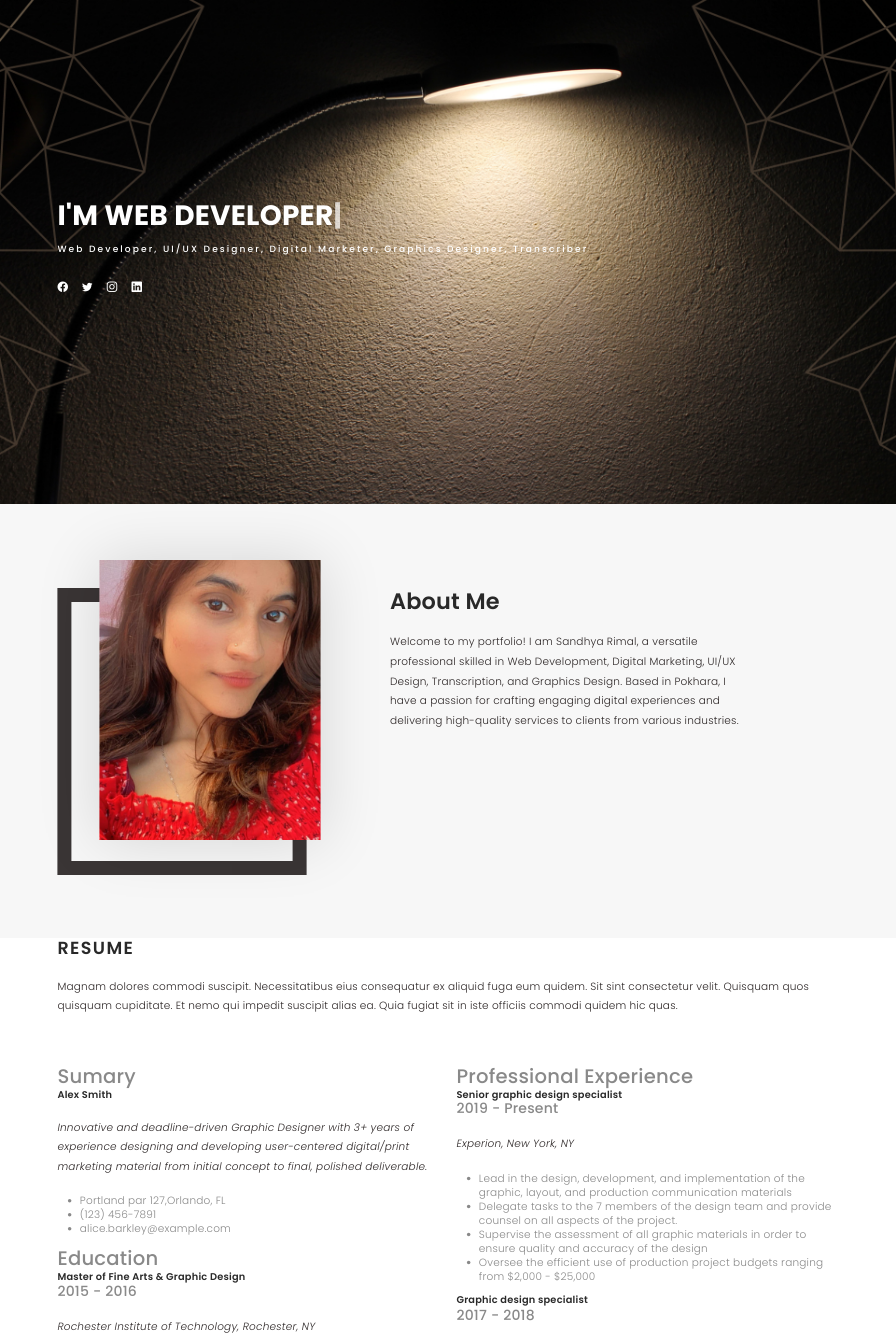
Repository: sandhya8109/portfolio
Page: index.html
The author's editor kept a copy of each file at every save. The page is drawn from the files as they stood at one save, then again after the next save.
The browser window is 1280 px wide. The pictures show the part of the page from y = 0 to 1920 px (the page is 5248 px tall before and 4703 px after), at 70% of full size.
Some web fonts or font styles are not loaded; a fallback is used.

Above is the page before, as saved 2023-11-20 19:36:36.

After the next save:
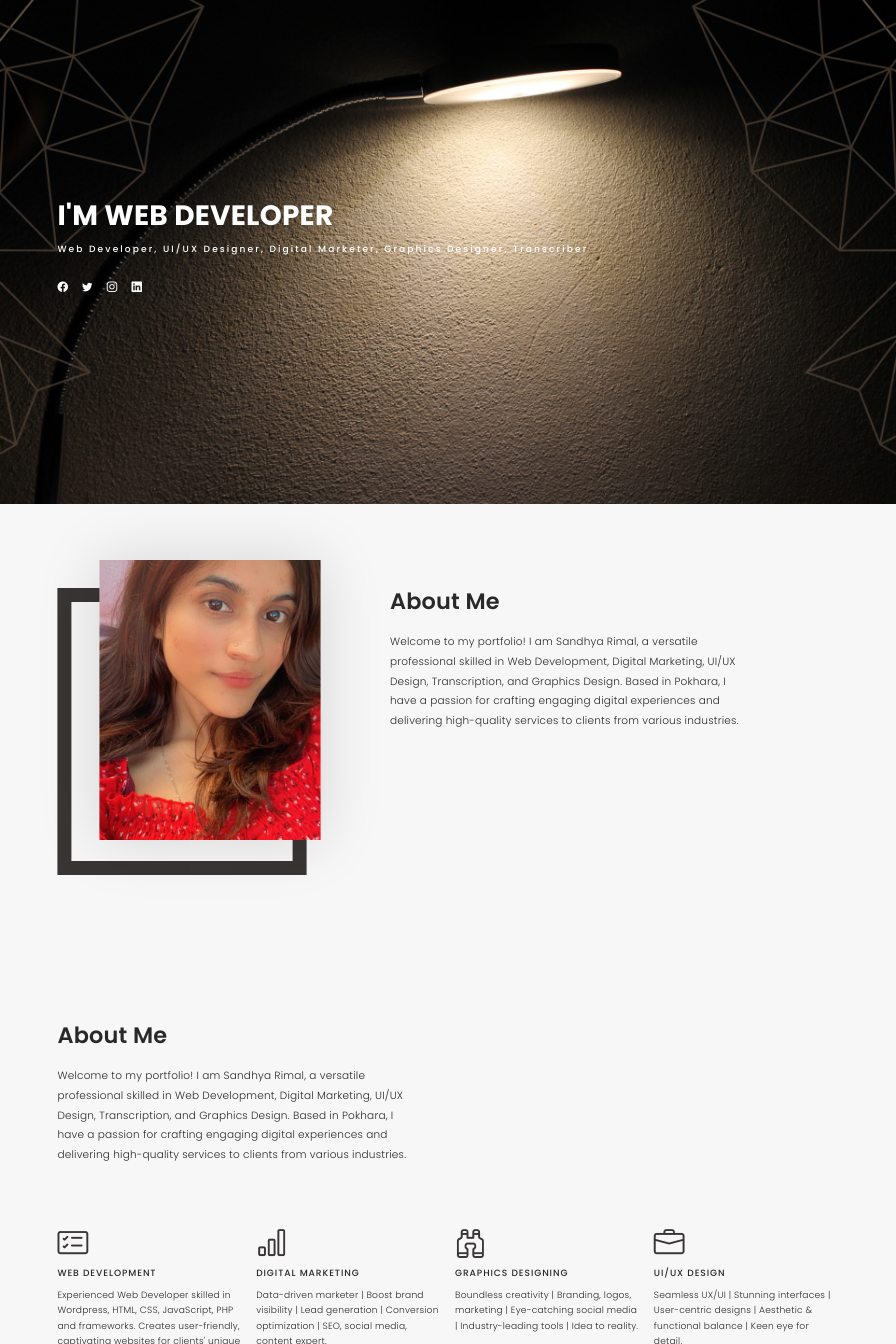
Saved 2 min 29 s later.
--- a/index.html
+++ b/index.html
@@ -114,70 +114,25 @@
         </div>
       </div>
     </div><!-- End About Section -->
-    <section id="resume" class="resume">
-      <div class="container">
-
-        <div class="section-title">
-          <h2>Resume</h2>
-          <p>Magnam dolores commodi suscipit. Necessitatibus eius consequatur ex aliquid fuga eum quidem. Sit sint consectetur velit. Quisquam quos quisquam cupiditate. Et nemo qui impedit suscipit alias ea. Quia fugiat sit in iste officiis commodi quidem hic quas.</p>
-        </div>
-
-        <div class="row">
-          <div class="col-lg-6 aos-init aos-animate" data-aos="fade-up">
-            <h3 class="resume-title">Sumary</h3>
-            <div class="resume-item pb-0">
-              <h4>Alex Smith</h4>
-              <p><em>Innovative and deadline-driven Graphic Designer with 3+ years of experience designing and developing user-centered digital/print marketing material from initial concept to final, polished deliverable.</em></p>
-              <ul>
-                <li>Portland par 127,Orlando, FL</li>
-                <li>(123) 456-7891</li>
-                <li>alice.barkley@example.com</li>
-              </ul>
-            </div>
-
-            <h3 class="resume-title">Education</h3>
-            <div class="resume-item">
-              <h4>Master of Fine Arts &amp; Graphic Design</h4>
-              <h5>2015 - 2016</h5>
-              <p><em>Rochester Institute of Technology, Rochester, NY</em></p>
-              <p>Qui deserunt veniam. Et sed aliquam labore tempore sed quisquam iusto autem sit. Ea vero voluptatum qui ut dignissimos deleniti nerada porti sand markend</p>
-            </div>
-            <div class="resume-item">
-              <h4>Bachelor of Fine Arts &amp; Graphic Design</h4>
-              <h5>2010 - 2014</h5>
-              <p><em>Rochester Institute of Technology, Rochester, NY</em></p>
-              <p>Quia nobis sequi est occaecati aut. Repudiandae et iusto quae reiciendis et quis Eius vel ratione eius unde vitae rerum voluptates asperiores voluptatem Earum molestiae consequatur neque etlon sader mart dila</p>
-            </div>
-          </div>
-          <div class="col-lg-6 aos-init aos-animate" data-aos="fade-up" data-aos-delay="100">
-            <h3 class="resume-title">Professional Experience</h3>
-            <div class="resume-item">
-              <h4>Senior graphic design specialist</h4>
-              <h5>2019 - Present</h5>
-              <p><em>Experion, New York, NY </em></p>
-              <ul>
-                <li>Lead in the design, development, and implementation of the graphic, layout, and production communication materials</li>
-                <li>Delegate tasks to the 7 members of the design team and provide counsel on all aspects of the project. </li>
-                <li>Supervise the assessment of all graphic materials in order to ensure quality and accuracy of the design</li>
-                <li>Oversee the efficient use of production project budgets ranging from $2,000 - $25,000</li>
-              </ul>
-            </div>
-            <div class="resume-item">
-              <h4>Graphic design specialist</h4>
-              <h5>2017 - 2018</h5>
-              <p><em>Stepping Stone Advertising, New York, NY</em></p>
-              <ul>
-                <li>Developed numerous marketing programs (logos, brochures,infographics, presentations, and advertisements).</li>
-                <li>Managed up to 5 projects or tasks at a given time while under pressure</li>
-                <li>Recommended and consulted with clients on the most appropriate graphic design</li>
-                <li>Created 4+ design presentations and proposals a month for clients and account managers</li>
-              </ul>
-            </div>
-          </div>
-        </div>
-
-      </div>
-    </section>
+    <!-- ======= resume Section ======= -->
+    <div id="about" class="paddsection">
+      <div class="container">
+        <div class="row justify-content-between">
+
+
+
+          <div class="col-lg-7">
+            <div class="about-descr">
+
+              <h2>About Me </h2>
+              <p class="separator">Welcome to my portfolio! I am Sandhya Rimal, a versatile professional skilled in Web Development, Digital Marketing, UI/UX Design, Transcription, and Graphics Design. Based in Pokhara, I have a passion for crafting engaging digital experiences and delivering high-quality services to clients from various industries.</p>
+
+            </div>
+
+          </div>
+        </div>
+      </div>
+    </div><!-- End About Section -->
 
     <!-- ======= Services Section ======= -->
     <div id="services">
